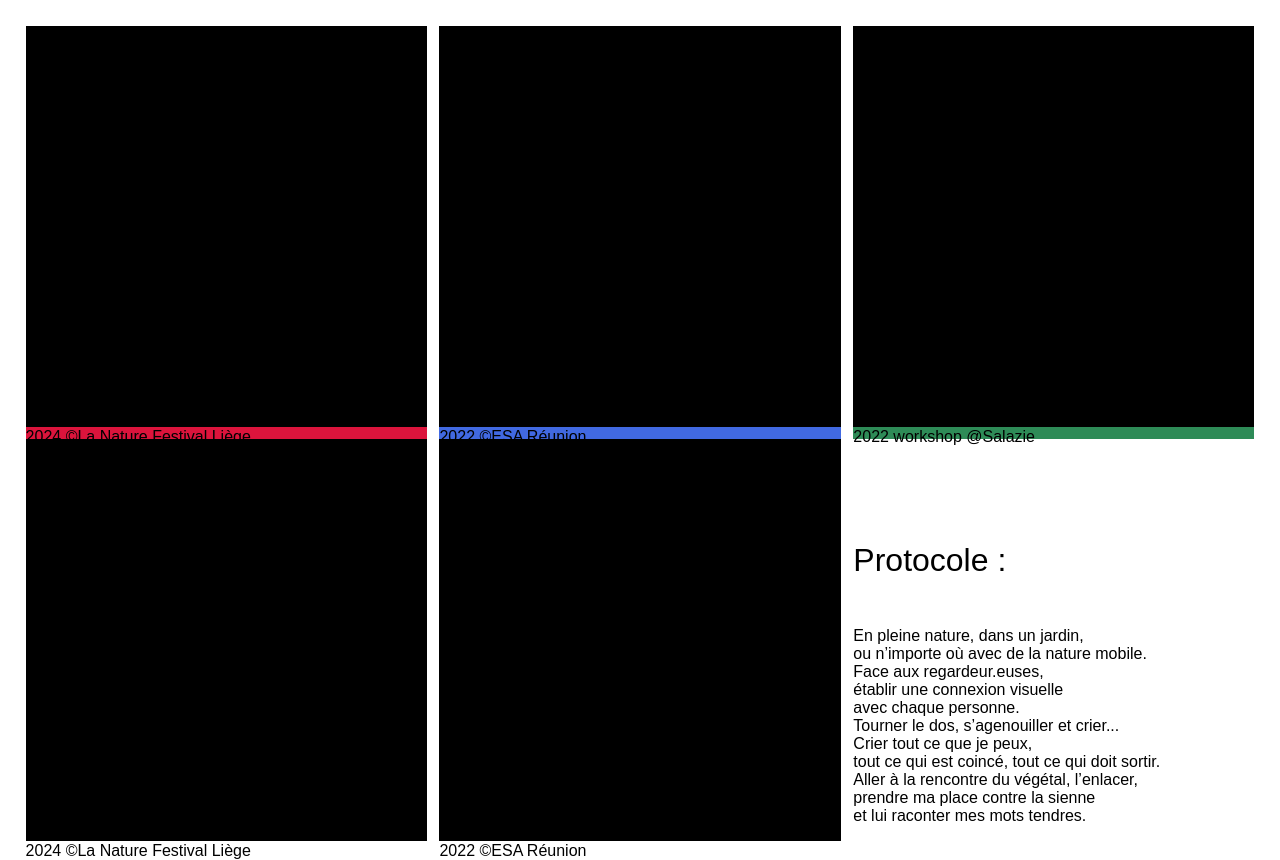
Repository: brunrhb/oce-p
Page: index.html
An editor plug-in stored every save of this project. The page is shown before and after the next save, followed by the edit.
The browser window is 1280 px wide. The pictures show the whole page.

Above is the page before, as saved 2025-06-04 17:09:16.

After the next save:
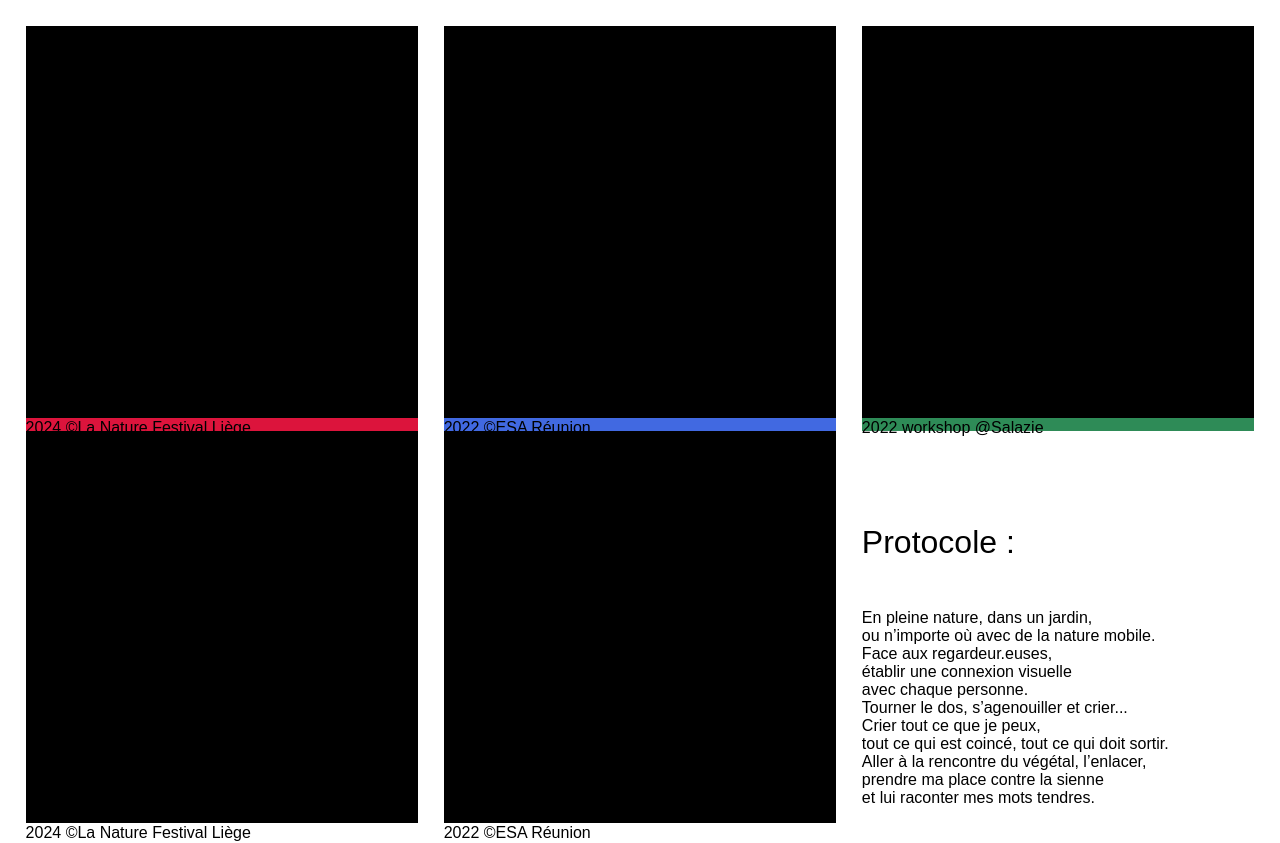
Saved 86 s later.
--- a/styles.css
+++ b/styles.css
@@ -8,7 +8,7 @@ body {
   grid-template-columns: 1fr 1fr 1fr;
   height: calc(100vh - 4vw);
   padding: 2vw;
-  column-gap: 1vw;
+  column-gap: 2vw;
 }
 
 
